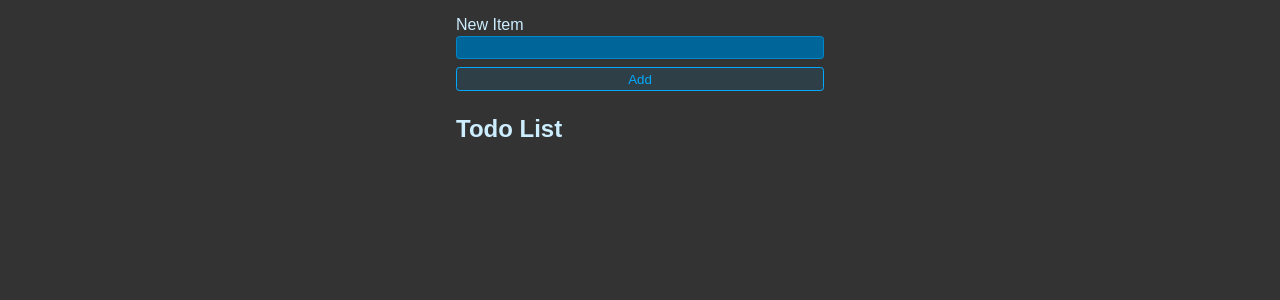
Repository: mix060514/react-bilibili-tutorial
Page: /
The author's editor kept a copy of each file at every save. The page is drawn from the files as they stood at one save, then again after the next save.
The browser window is 1280 px wide. The pictures show the whole page.
The project was rebuilt for these pictures with package versions that can differ from the ones it lists, and the page was loaded fresh each time. Also part of the build but not shown: vite.config.js.

Above is the page before, as saved 2023-12-03 22:38:14.

After the next save:
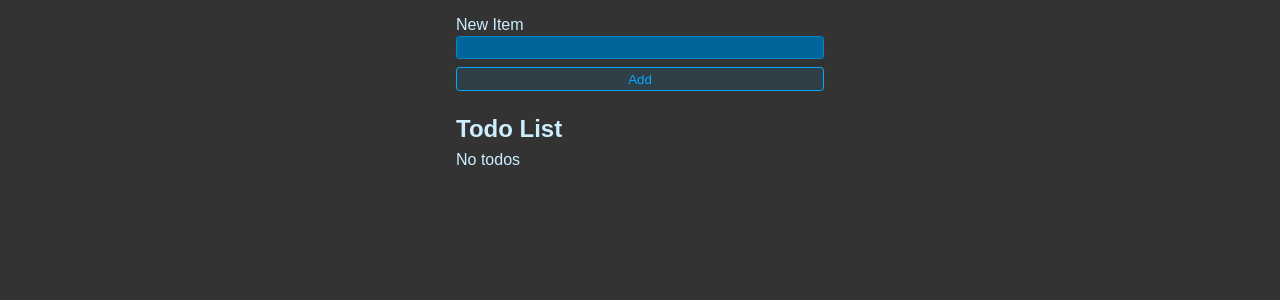
Saved 80 s later.
--- a/src/App.jsx
+++ b/src/App.jsx
@@ -38,6 +38,8 @@ export default function App() {
 
       <h1 className="header">Todo List</h1>
 
+      {todos.length === 0 && <div>No todos</div>}
+
       <ul className="list">
         {todos.map((todo) => (
           <li key={todo.id}>
